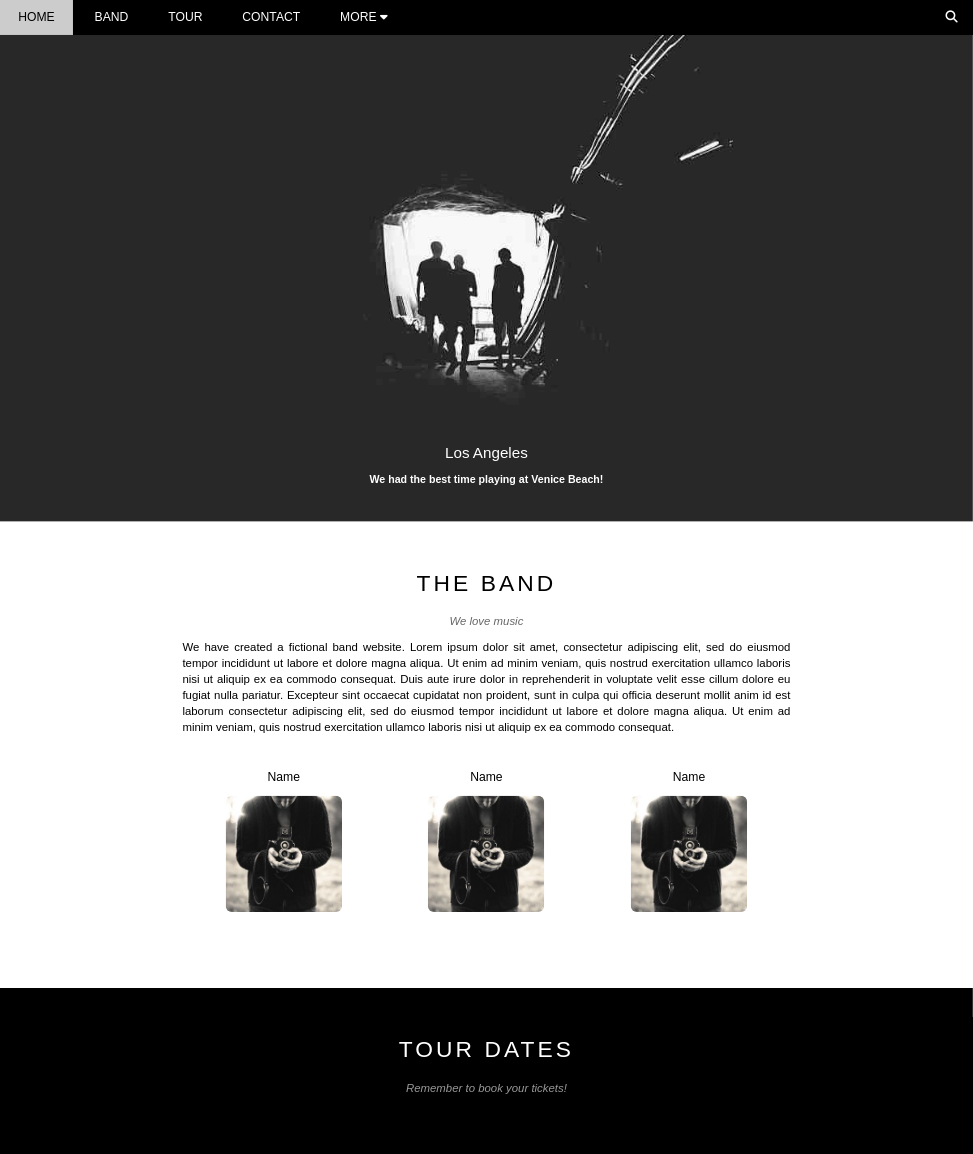
Repository: TranPhucThinh/clone-the-band
Page: index.html
These files come from the project's save history. The page is drawn as it stood at one moment and after the next save; the edit follows.
The browser window is 1280 px wide. The pictures show the whole page, at 76% of full size.
Some web libraries are served in a nearby version.

Above is the page before, as saved 2022-08-04 12:00:51.

### index.html
<!DOCTYPE html>
<html lang="en">

<head>
    <meta charset="UTF-8">
    <meta http-equiv="X-UA-Compatible" content="IE=edge">
    <meta name="viewport" content="width=device-width, initial-scale=1.0">

    <title>The Band</title>

    <link rel="stylesheet" href="./assets/style.css">
    <link rel="stylesheet" href="https://cdnjs.cloudflare.com/ajax/libs/font-awesome/6.1.2/css/all.min.css">
</head>

<body>
    <div id="main">

        <div id="header">
            <ul id="nav">
                <li><a href="">Home</a></li>
                <li><a href="">Band</a></li>
                <li><a href="">Tour</a></li>
                <li><a href="">Contact</a></li>
                <li>
                    <a href="">
                        More
                        <i class="fa-solid fa-caret-down"></i>
                    </a>

                    <ul class="subnav">
                        <li><a href="">Merchandise</a></li>
                        <li><a href="">Extras</a></li>
                        <li><a href="">Media</a></li>
                    </ul>
                </li>
            </ul>

            <div class="search-btn">
                <i class="fa-solid fa-magnifying-glass"></i>
            </div>
        </div>

        <div id="slider">
            <div class="text-slider">
                <div class="slider-heading">Los Angeles</div>
                <div class="slider-title">We had the best time playing at Venice Beach!</div>
            </div>
        </div>

        <div id="content">
            <!-- Section About -->
            <div class="section-about">

                <div class="section-content">
                    <p class="title">The band</p>
                    <i class="subtitle">We love music</i>
                    <p class="desc">
                        We have created a fictional band website. Lorem ipsum dolor sit amet, consectetur adipiscing
                        elit,
                        sed
                        do eiusmod tempor incididunt ut labore et dolore magna aliqua. Ut enim ad minim veniam, quis
                        nostrud
                        exercitation ullamco laboris nisi ut aliquip ex ea commodo consequat. Duis aute irure dolor in
                        reprehenderit in voluptate velit esse cillum dolore eu fugiat nulla pariatur. Excepteur sint
                        occaecat
                        cupidatat non proident, sunt in culpa qui officia deserunt mollit anim id est laborum
                        consectetur
                        adipiscing elit, sed do eiusmod tempor incididunt ut labore et dolore magna aliqua. Ut enim ad
                        minim
                        veniam, quis nostrud exercitation ullamco laboris nisi ut aliquip ex ea commodo consequat.
                    </p>
                    <div class="member">
                        <div class="member-1">
                            <p>Name</p>
                            <img src="./assets/imgs/bandmember.jpg" alt="">
                        </div>
                        <div class="member-2">
                            <p>Name</p>
                            <img src="./assets/imgs/bandmember.jpg" alt="">
                        </div>
                        <div class="member-3">
                            <p>Name</p>
                            <img src="./assets/imgs/bandmember.jpg" alt="">
                        </div>
                    </div>
                </div>
            </div>

            <!-- End of Section About -->

            <!-- Section Tour Dates -->
            <div class="tour-date">
                <div class="section-content">
                    <p class="title">Tour dates</p>
                    <i class="subtitle">Remember to book your tickets!</i>
                </div>
            </div>
            <!-- End ofSection Tour Dates -->
        </div>

        <div id="footer">

        </div>


    </div>
</body>

</html>

### assets/style.css
* {
  padding: 0;
  margin: 0;
  box-sizing: border-box;
}

html {
  font-family: Arial, Helvetica, sans-serif;
}

/* Header Section */
#header {
  height: 46px;
  background-color: #000;
  position: fixed;
  top: 0;
  right: 0;
  left: 0;
  z-index: 1;
}

#nav {
  display: inline-block;
}

#nav > li {
  display: inline-block;
}

#nav li {
  position: relative;
}

#nav > li > a {
  color: #fff;
  text-transform: uppercase;
}

#nav li a {
  line-height: 46px;
  padding: 0 24px;
  display: inline-block;
  text-decoration: none;
}

#nav > li:hover > a,
.subnav li:hover a {
  color: #000;
  background-color: #ccc;
}

#nav .subnav {
  display: none;
  position: absolute;
  background-color: #fff;
  box-shadow: 0 4px 10px 0 rgb(0 0 0 / 20%), 0 4px 20px 0 rgb(0 0 0 / 19%);
}

#nav li:last-child:hover .subnav {
  display: block;
}

#nav li:last-child:hover .fa-caret-down {
  color: #000;
}

#nav .subnav li {
  list-style-type: none;
}

#nav .subnav a {
  color: #000;
  display: block;
  line-height: 40px;
  padding: 0 32px;
}

#header .fa-solid {
  color: #fff;
}

.search-btn {
  float: right;
  line-height: 46px;
  padding: 0 20px;
}

.search-btn:hover {
  background-color: red;
  cursor: pointer;
}
/* End of Header Section */

/* Slider Section */
#slider {
  background-color: #fff;
  margin-top: 46px;
  padding-top: 50%;
  background: url('/assets/imgs/la.jpg') top center / cover no-repeat;
  position: relative;
}

#slider .text-slider {
  color: #fff;
  text-align: center;
  position: absolute;
  bottom: 47px;
  left: 50%;
  transform: translate(-50%);
}

#slider .slider-heading {
  font-size: 20px;
  margin-bottom: 16px;
}

#slider .slider-title {
  font-size: 14px;
  font-weight: 700;
}
/* End of Slider Section */

/* About Section */
.section-content {
  max-width: 800px;
  margin: 0 auto;
  text-align: center;
  padding: 64px 0;
}

.section-content .title {
  font-size: 30px;
  text-transform: uppercase;
  letter-spacing: 4px;
  margin-bottom: 25px;
}

.section-content .subtitle {
  opacity: 0.6;
  font-size: 15px;
  margin-bottom: 15px;
  display: inline-block;
}

#content .desc {
  text-align: justify;
  font-size: 15px;
  line-height: 1.4;
  margin-bottom: 47px;
}

#content .member {
  display: flex;
  justify-content: space-around;
  margin-bottom: 32px;
}

.member p {
  margin-bottom: 15px;
}

.member img {
  width: 60%;
  border-radius: 8px;
}
/* End of About Section */

/* Tour date Section */
.tour-date {
  background-color: #000;
  color: #fff;
}
/* End of Tour date Section */

After the next save:
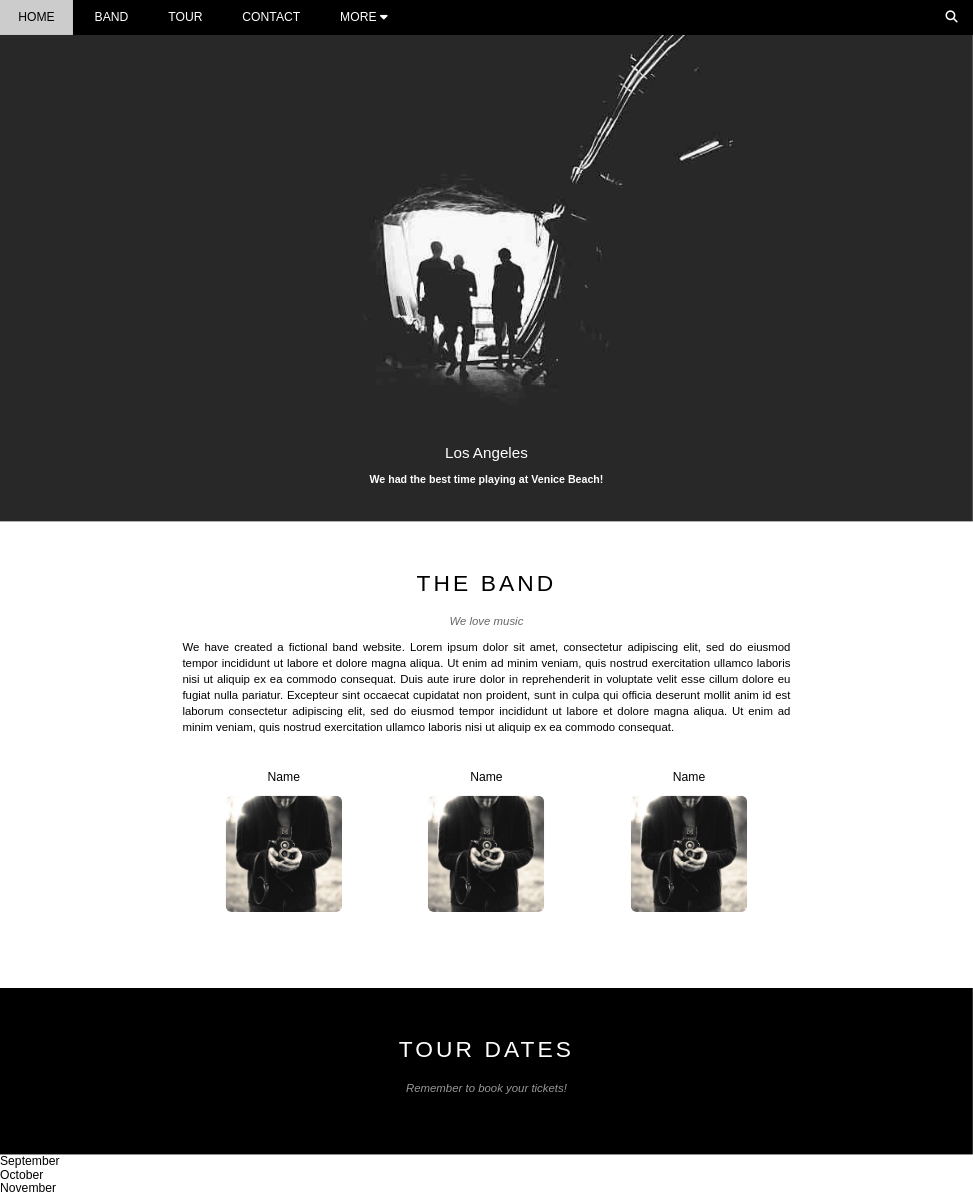
Saved 7 min 35 s later.
--- a/index.html
+++ b/index.html
@@ -95,6 +95,11 @@
                     <i class="subtitle">Remember to book your tickets!</i>
                 </div>
             </div>
+            <ul class="ticket-state">
+                <li>September</li>
+                <li>October</li>
+                <li>November</li>
+            </ul>
             <!-- End ofSection Tour Dates -->
         </div>
 
